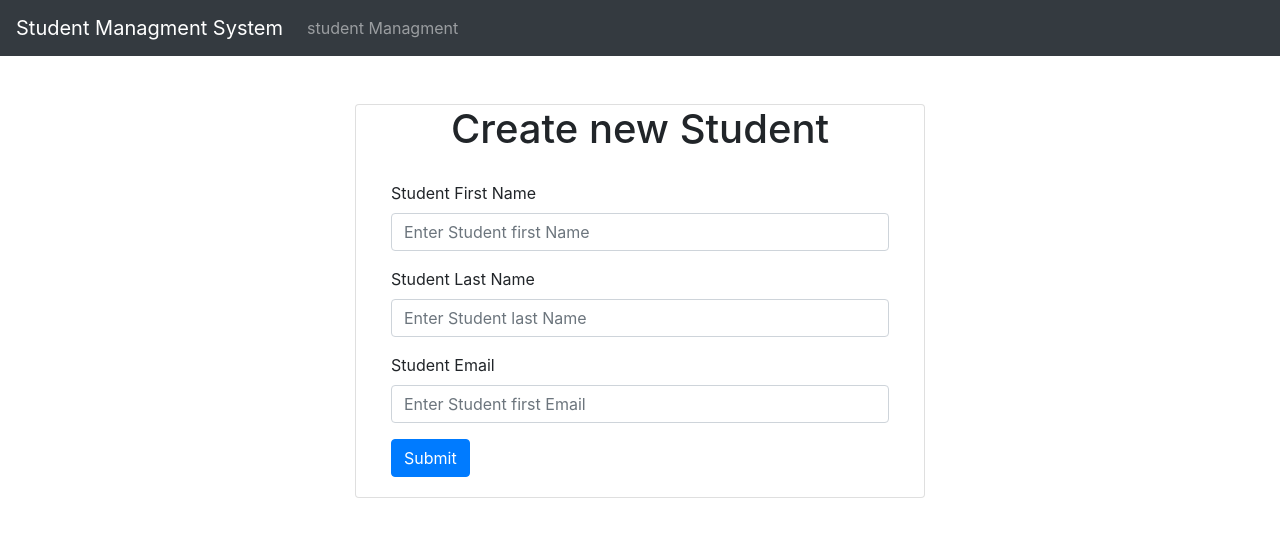
Repository: ahmedalimouhamed/springboot-projects
Page: http://localhost/edit_student
The author's editor kept a copy of each file at every save. The page is drawn from the files as they stood at one save, then again after the next save.
The browser window is 1280 px wide. The pictures show the whole page.
The page is this project's Thymeleaf template; nobody is signed in. The template is opened directly, without the code that normally fills it, so the values that code supplies are empty.

Above is the page before, as saved 2023-08-11 18:38:18.

### student-managment-system/src/main/resources/templates/edit_student.html
<!DOCTYPE html>
<html xmlns:th="http://www.thymeleaf.org">
<head>
<meta charset="UTF-8">
<title>List of students</title>
<link rel="stylesheet"
	href="https://cdn.jsdelivr.net/npm/bootstrap@4.6.2/dist/css/bootstrap.min.css"
	integrity="sha384-xOolHFLEh07PJGoPkLv1IbcEPTNtaed2xpHsD9ESMhqIYd0nLMwNLD69Npy4HI+N"
	crossorigin="anonymous">
</head>
<body>
	<nav class="navbar navbar-expand-lg navbar-dark bg-dark mb-5">
		<a class="navbar-brand" href="#">Student Managment System</a>
		<button class="navbar-toggler" type="button" data-toggle="collapse"
			data-target="#navbarNav" aria-controls="navbarNav"
			aria-expanded="false" aria-label="Toggle navigation">
			<span class="navbar-toggler-icon"></span>
		</button>
		<div class="collapse navbar-collapse" id="navbarNav">
			<ul class="navbar-nav">
				<li class="nav-item">
					<a class="nav-link" th:href="@{/students}">student Managment</a>
				</li>
			</ul>
		</div>
	</nav>
	<div class="container">
		<div class="row">
			<div class="col-lg-6 col-md-6 col-sm-6 container justify-content-center card">
				<h1 class="text-center">Create new Student</h1>
				<div class="card-body">
					<form th:action="@{/students}" th:object="${student}" method="POST">
						<div class="form-group">
							<label>Student First Name</label>
							<input class="form-control" type="text" name="firstName" th:field="*{firstName}" placeholder="Enter Student first Name" />
						</div>

						<div class="form-group">
							<label>Student Last Name</label>
							<input class="form-control" type="text" name="lastName" th:field="*{lastName}" placeholder="Enter Student last Name" />
						</div>

						<div class="form-group">
							<label>Student Email</label>
							<input class="form-control" type="email" name="email" th:field="*{email}" placeholder="Enter Student first Email" />
						</div>

						<div class="box-footer">
							<button type="submit" class="btn btn-primary">Submit</button>
						</div>
					</form>
				</div>
			</div>
		</div>
	</div>
</body>
</html>

After the next save:
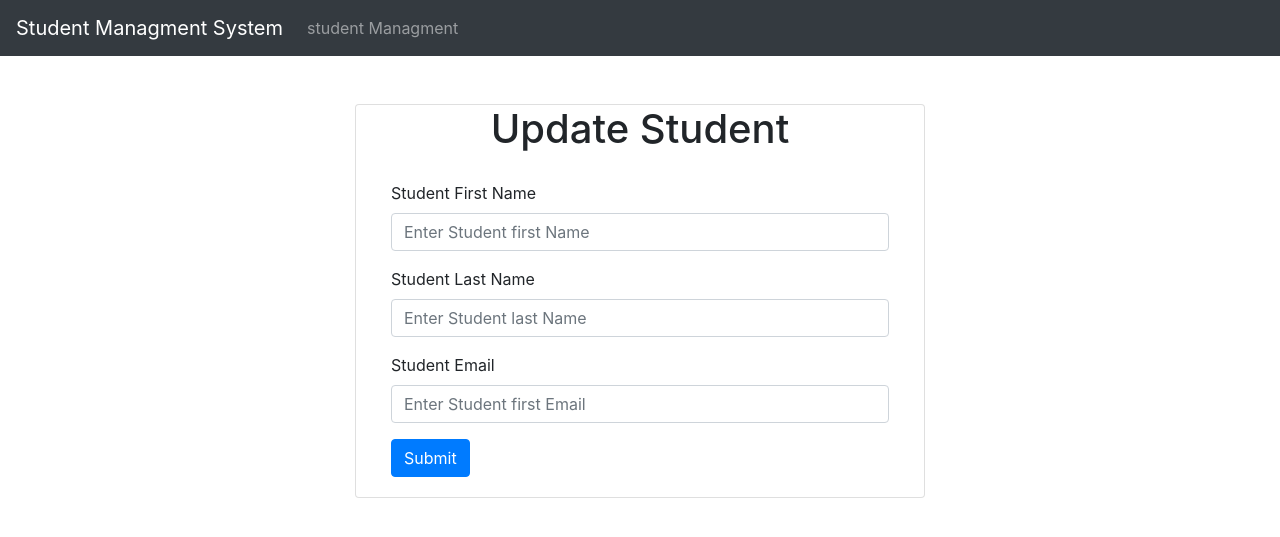
Saved 23 s later.
--- a/student-managment-system/src/main/resources/templates/edit_student.html
+++ b/student-managment-system/src/main/resources/templates/edit_student.html
@@ -27,7 +27,7 @@
 	<div class="container">
 		<div class="row">
 			<div class="col-lg-6 col-md-6 col-sm-6 container justify-content-center card">
-				<h1 class="text-center">Create new Student</h1>
+				<h1 class="text-center">Update Student</h1>
 				<div class="card-body">
 					<form th:action="@{/students}" th:object="${student}" method="POST">
 						<div class="form-group">
